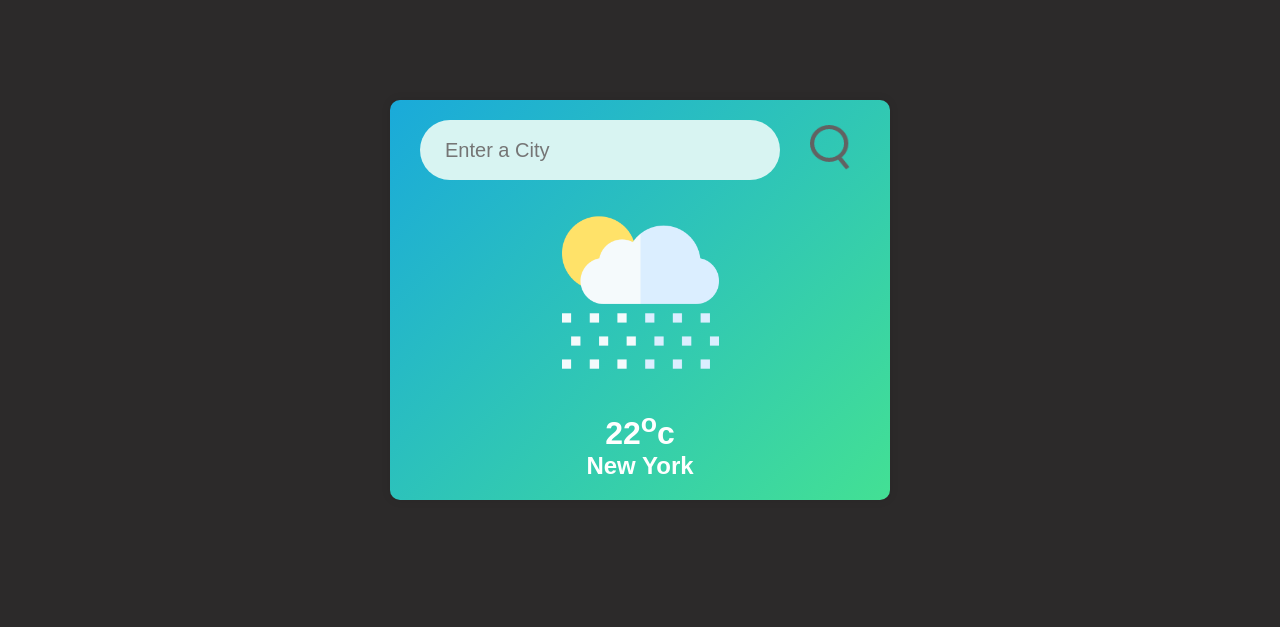
Repository: Haakim19/weatherApp
Page: index.html
An editor plug-in stored every save of this project. The page is shown before and after the next save, followed by the edit.
The browser window is 1280 px wide. The pictures show the whole page.

Above is the page before, as saved 2024-11-16 21:13:30.

After the next save:
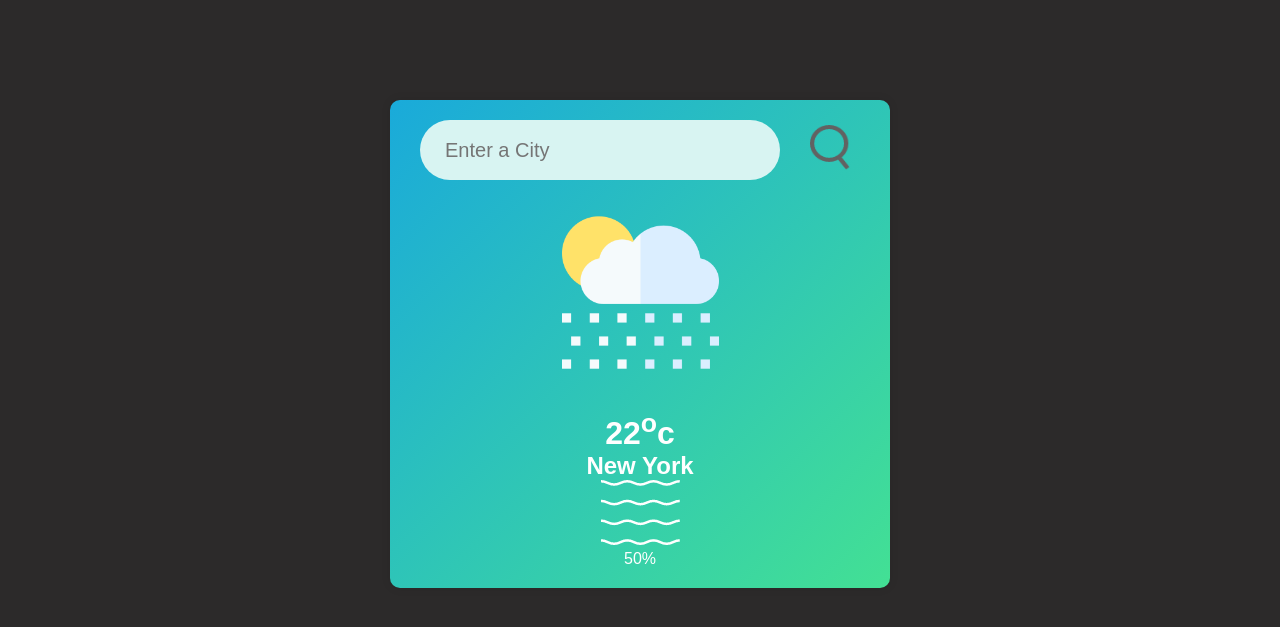
Saved 72 s later.
--- a/index.html
+++ b/index.html
@@ -17,6 +17,12 @@
             <h1 class="temp">22<sup>o</sup>c</h1>
             <h2 class="city">New York</h2>
         </div>
+        <div class="details">
+            <div class="col">
+                <img src="images/humidity.png">
+            </div>
+            <p class="humidity">50%</p>
+        </div>
     </div>
 </body>
 </html>
